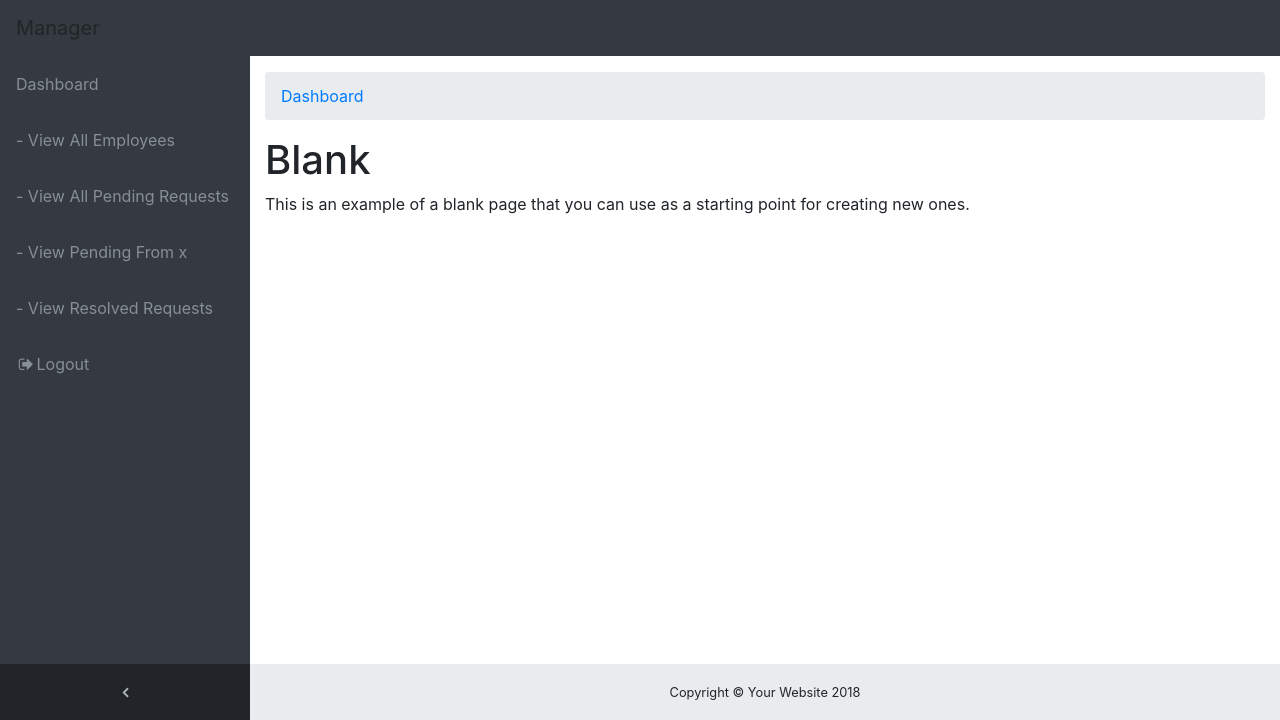
Repository: riorbak/Batch-Source
Page: Project 1/ERS/src/main/webapp/11-ManagerHome.html
An editor plug-in stored every save of this project. The page is shown before and after the next save, followed by the edit.
The browser window is 1280 px wide. The pictures show the whole page.

Above is the page before, as saved 2018-03-15 06:22:52.

### Project 1/ERS/src/main/webapp/11-ManagerHome.html
<!DOCTYPE html>
<html lang="en">

<head>
  <meta charset="utf-8">
  <meta http-equiv="X-UA-Compatible" content="IE=edge">
  <meta name="viewport" content="width=device-width, initial-scale=1, shrink-to-fit=no">
  <meta name="description" content="">
  <meta name="author" content="">
  <title>ERS - Employee Dashboard</title>
  <!-- Bootstrap core CSS-->
  <link href="vendor/bootstrap/css/bootstrap.min.css" rel="stylesheet">
  <!-- Custom fonts for this template-->
  <link href="vendor/font-awesome/css/font-awesome.min.css" rel="stylesheet" type="text/css">
  <!-- Custom styles for this template-->
  <link href="css/sb-admin.css" rel="stylesheet">


</head>

<body class="fixed-nav sticky-footer bg-dark" id="page-top">
  <!-- Navigation-->
  <nav class="navbar navbar-expand-lg navbar-dark bg-dark fixed-top" id="mainNav">
    <a class="navbar-brand">Manager</a>
    <button class="navbar-toggler navbar-toggler-right" type="button" data-toggle="collapse" data-target="#navbarResponsive" aria-controls="navbarResponsive" aria-expanded="false" aria-label="Toggle navigation">
      <span class="navbar-toggler-icon"></span>
    </button>
    <div class="collapse navbar-collapse" id="navbarResponsive">
      <ul class="navbar-nav navbar-sidenav" id="exampleAccordion">
        <!-- Home -->
        <li class="nav-item" data-toggle="tooltip" data-placement="right" title="Dashboard">
          <a class="nav-link" href="11-ManagerHome.html">
            <span class="nav-link-text">Dashboard</span>
          </a>
        </li>

        <!-- Links -->
        <li class="nav-item" data-toggle="tooltip" data-placement="right" title="Link">
          <a class="nav-link" href="12-ViewAllEmployees.html">
            <span class="nav-link-text"> - View All Employees</span>
          </a>
        </li>

        <!-- Table -->
        <li class="nav-item" data-toggle="tooltip" data-placement="right" title="Tables">
          <a class="nav-link" href="13-ViewAllPending.html">
            <span class="nav-link-text"> - View All Pending Requests</span>
          </a>
        </li>

        <!-- Table -->
        <li class="nav-item" data-toggle="tooltip" data-placement="right" title="Tables">
          <a class="nav-link" href="14-ViewPendingFromSelected.html">
            <span class="nav-link-text"> - View Pending From x</span>
          </a>
        </li>

        <!-- Links -->
        <li class="nav-item" data-toggle="tooltip" data-placement="right" title="Link">
          <a class="nav-link" href="16-ViewResolved.html">
            <span class="nav-link-text"> - View Resolved Requests</span>
          </a>
        </li>

        <!-- Logout -->
        <li class="nav-item">
          <a class="nav-link" data-toggle="modal" data-target="#logoutModal">
            <i class="fa fa-fw fa-sign-out"></i>Logout</a>
        </li>

      </ul>

      <!-- bottom of sidebar  -->
      <ul class="navbar-nav sidenav-toggler">
        <li class="nav-item">
          <a class="nav-link text-center" id="sidenavToggler">
            <i class="fa fa-fw fa-angle-left"></i>
          </a>
        </li>
      </ul>
    </div>
  </nav>

  <div class="content-wrapper">
    <div class="container-fluid">
      <!-- Breadcrumbs-->
      <ol class="breadcrumb">
        <li class="breadcrumb-item">
          <a href="11-ManagerHome.html">Dashboard</a>
        </li>
      </ol>
      <div class="row">
        <div class="col-12">
          <h1>Blank</h1>
          <p>This is an example of a blank page that you can use as a starting point for creating new ones.</p>
        </div>
      </div>
    </div>

    <!-- Footer -->
    <!-- /.container-fluid-->
    <!-- /.content-wrapper-->
    <footer class="sticky-footer">
      <div class="container">
        <div class="text-center">
          <small>Copyright © Your Website 2018</small>
        </div>
      </div>
    </footer>
    <!-- Scroll to Top Button-->
    <a class="scroll-to-top rounded" href="#page-top">
      <i class="fa fa-angle-up"></i>
    </a>
    <!-- Logout Modal-->
    <div class="modal" id="logoutModal" tabindex="-1" role="dialog" aria-hidden="true">
      <div class="modal-dialog modal-sm">
        <div class="modal-content">
          <div class="modal-header">
            <h4>Log Out </h4>
          </div>
          <div class="modal-body">
            <p> Are you sure you want to log-off? <br /></p>
            <div class="actionsBtns">
            	<!-- Logout Form -->
                <form action="LogoutServlet" method="get">
                    <input type="submit" class="btn btn-default btn-primary" value="Logout" />
                    <button class="btn btn-default" data-dismiss="modal">Cancel</button>
                </form>

            </div>
          </div>
        </div>
      </div>
    </div>
    <!-- Bootstrap core JavaScript-->
    <script src="vendor/jquery/jquery.min.js"></script>
    <script src="vendor/bootstrap/js/bootstrap.bundle.min.js"></script>
    <!-- Core plugin JavaScript-->
    <script src="vendor/jquery-easing/jquery.easing.min.js"></script>
    <!-- Custom scripts for all pages-->
    <script src="js/sb-admin.min.js"></script>
  </div>
</body>

</html>

### Project 1/ERS/src/main/webapp/css/sb-admin.css
html {
  position: relative;
  min-height: 100%;
}

body {
  overflow-x: hidden;
}

body.sticky-footer {
  margin-bottom: 56px;
}

body.sticky-footer .content-wrapper {
  min-height: calc(100vh - 56px - 56px);
}

body.fixed-nav {
  padding-top: 56px;
}

.content-wrapper {
  min-height: calc(100vh - 56px);
  padding-top: 1rem;
}

.scroll-to-top {
  position: fixed;
  right: 15px;
  bottom: 3px;
  display: none;
  width: 50px;
  height: 50px;
  text-align: center;
  color: white;
  background: rgba(52, 58, 64, 0.5);
  line-height: 45px;
}

.scroll-to-top:focus, .scroll-to-top:hover {
  color: white;
}

.scroll-to-top:hover {
  background: #343a40;
}

.scroll-to-top i {
  font-weight: 800;
}

.smaller {
  font-size: 0.7rem;
}

.o-hidden {
  overflow: hidden !important;
}

.z-0 {
  z-index: 0;
}

.z-1 {
  z-index: 1;
}

#mainNav .navbar-collapse {
  overflow: auto;
  max-height: 75vh;
}

#mainNav .navbar-collapse .navbar-nav .nav-item .nav-link {
  cursor: pointer;
}

#mainNav .navbar-collapse .navbar-sidenav .nav-link-collapse:after {
  float: right;
  content: '\f107';
  font-family: 'FontAwesome';
}

#mainNav .navbar-collapse .navbar-sidenav .nav-link-collapse.collapsed:after {
  content: '\f105';
}

#mainNav .navbar-collapse .navbar-sidenav .sidenav-second-level,
#mainNav .navbar-collapse .navbar-sidenav .sidenav-third-level {
  padding-left: 0;
}

#mainNav .navbar-collapse .navbar-sidenav .sidenav-second-level > li > a,
#mainNav .navbar-collapse .navbar-sidenav .sidenav-third-level > li > a {
  display: block;
  padding: 0.5em 0;
}

#mainNav .navbar-collapse .navbar-sidenav .sidenav-second-level > li > a:focus, #mainNav .navbar-collapse .navbar-sidenav .sidenav-second-level > li > a:hover,
#mainNav .navbar-collapse .navbar-sidenav .sidenav-third-level > li > a:focus,
#mainNav .navbar-collapse .navbar-sidenav .sidenav-third-level > li > a:hover {
  text-decoration: none;
}

#mainNav .navbar-collapse .navbar-sidenav .sidenav-second-level > li > a {
  padding-left: 1em;
}

#mainNav .navbar-collapse .navbar-sidenav .sidenav-third-level > li > a {
  padding-left: 2em;
}

#mainNav .navbar-collapse .sidenav-toggler {
  display: none;
}

#mainNav .navbar-collapse .navbar-nav > .nav-item.dropdown > .nav-link {
  position: relative;
  min-width: 45px;
}

#mainNav .navbar-collapse .navbar-nav > .nav-item.dropdown > .nav-link:after {
  float: right;
  width: auto;
  content: '\f105';
  border: none;
  font-family: 'FontAwesome';
}

#mainNav .navbar-collapse .navbar-nav > .nav-item.dropdown > .nav-link .indicator {
  position: absolute;
  top: 5px;
  left: 21px;
  font-size: 10px;
}

#mainNav .navbar-collapse .navbar-nav > .nav-item.dropdown.show > .nav-link:after {
  content: '\f107';
}

#mainNav .navbar-collapse .navbar-nav > .nav-item.dropdown .dropdown-menu > .dropdown-item > .dropdown-message {
  overflow: hidden;
  max-width: none;
  text-overflow: ellipsis;
}

@media (min-width: 992px) {
  #mainNav .navbar-brand {
    width: 250px;
  }
  #mainNav .navbar-collapse {
    overflow: visible;
    max-height: none;
  }
  #mainNav .navbar-collapse .navbar-sidenav {
    position: absolute;
    top: 0;
    left: 0;
    -webkit-flex-direction: column;
    -ms-flex-direction: column;
    flex-direction: column;
    margin-top: 56px;
  }
  #mainNav .navbar-collapse .navbar-sidenav > .nav-item {
    width: 250px;
    padding: 0;
  }
  #mainNav .navbar-collapse .navbar-sidenav > .nav-item > .nav-link {
    padding: 1em;
  }
  #mainNav .navbar-collapse .navbar-sidenav > .nav-item .sidenav-second-level,
  #mainNav .navbar-collapse .navbar-sidenav > .nav-item .sidenav-third-level {
    padding-left: 0;
    list-style: none;
  }
  #mainNav .navbar-collapse .navbar-sidenav > .nav-item .sidenav-second-level > li,
  #mainNav .navbar-collapse .navbar-sidenav > .nav-item .sidenav-third-level > li {
    width: 250px;
  }
  #mainNav .navbar-collapse .navbar-sidenav > .nav-item .sidenav-second-level > li > a,
  #mainNav .navbar-collapse .navbar-sidenav > .nav-item .sidenav-third-level > li > a {
    padding: 1em;
  }
  #mainNav .navbar-collapse .navbar-sidenav > .nav-item .sidenav-second-level > li > a {
    padding-left: 2.75em;
  }
  #mainNav .navbar-collapse .navbar-sidenav > .nav-item .sidenav-third-level > li > a {
    padding-left: 3.75em;
  }
  #mainNav .navbar-collapse .navbar-nav > .nav-item.dropdown > .nav-link {
    min-width: 0;
  }
  #mainNav .navbar-collapse .navbar-nav > .nav-item.dropdown > .nav-link:after {
    width: 24px;
    text-align: center;
  }
  #mainNav .navbar-collapse .navbar-nav > .nav-item.dropdown .dropdown-menu > .dropdown-item > .dropdown-message {
    max-width: 300px;
  }
}

#mainNav.fixed-top .sidenav-toggler {
  display: none;
}

@media (min-width: 992px) {
  #mainNav.fixed-top .navbar-sidenav {
    height: calc(100vh - 112px);
  }
  #mainNav.fixed-top .sidenav-toggler {
    position: absolute;
    top: 0;
    left: 0;
    display: flex;
    -webkit-flex-direction: column;
    -ms-flex-direction: column;
    flex-direction: column;
    margin-top: calc(100vh - 56px);
  }
  #mainNav.fixed-top .sidenav-toggler > .nav-item {
    width: 250px;
    padding: 0;
  }
  #mainNav.fixed-top .sidenav-toggler > .nav-item > .nav-link {
    padding: 1em;
  }
}

#mainNav.fixed-top.navbar-dark .sidenav-toggler {
  background-color: #212529;
}

#mainNav.fixed-top.navbar-dark .sidenav-toggler a i {
  color: #adb5bd;
}

#mainNav.fixed-top.navbar-light .sidenav-toggler {
  background-color: #dee2e6;
}

#mainNav.fixed-top.navbar-light .sidenav-toggler a i {
  color: rgba(0, 0, 0, 0.5);
}

body.sidenav-toggled #mainNav.fixed-top .sidenav-toggler {
  overflow-x: hidden;
  width: 55px;
}

body.sidenav-toggled #mainNav.fixed-top .sidenav-toggler .nav-item,
body.sidenav-toggled #mainNav.fixed-top .sidenav-toggler .nav-link {
  width: 55px !important;
}

body.sidenav-toggled #mainNav.fixed-top #sidenavToggler i {
  -webkit-transform: scaleX(-1);
  -moz-transform: scaleX(-1);
  -o-transform: scaleX(-1);
  transform: scaleX(-1);
  filter: FlipH;
  -ms-filter: 'FlipH';
}

#mainNav.static-top .sidenav-toggler {
  display: none;
}

@media (min-width: 992px) {
  #mainNav.static-top .sidenav-toggler {
    display: flex;
  }
}

body.sidenav-toggled #mainNav.static-top #sidenavToggler i {
  -webkit-transform: scaleX(-1);
  -moz-transform: scaleX(-1);
  -o-transform: scaleX(-1);
  transform: scaleX(-1);
  filter: FlipH;
  -ms-filter: 'FlipH';
}

.content-wrapper {
  overflow-x: hidden;
  background: white;
}

@media (min-width: 992px) {
  .content-wrapper {
    margin-left: 250px;
  }
}

#sidenavToggler i {
  font-weight: 800;
}

.navbar-sidenav-tooltip.show {
  display: none;
}

@media (min-width: 992px) {
  body.sidenav-toggled .content-wrapper {
    margin-left: 55px;
  }
}

body.sidenav-toggled .navbar-sidenav {
  width: 55px;
}

body.sidenav-toggled .navbar-sidenav .nav-link-text {
  display: none;
}

body.sidenav-toggled .navbar-sidenav .nav-item,
body.sidenav-toggled .navbar-sidenav .nav-link {
  width: 55px !important;
}

body.sidenav-toggled .navbar-sidenav .nav-item:after,
body.sidenav-toggled .navbar-sidenav .nav-link:after {
  display: none;
}

body.sidenav-toggled .navbar-sidenav .nav-item {
  white-space: nowrap;
}

body.sidenav-toggled .navbar-sidenav-tooltip.show {
  display: flex;
}

#mainNav.navbar-dark .navbar-collapse .navbar-sidenav .nav-link-collapse:after {
  color: #868e96;
}

#mainNav.navbar-dark .navbar-collapse .navbar-sidenav > .nav-item > .nav-link {
  color: #868e96;
}

#mainNav.navbar-dark .navbar-collapse .navbar-sidenav > .nav-item > .nav-link:hover {
  color: #adb5bd;
}

#mainNav.navbar-dark .navbar-collapse .navbar-sidenav > .nav-item .sidenav-second-level > li > a,
#mainNav.navbar-dark .navbar-collapse .navbar-sidenav > .nav-item .sidenav-third-level > li > a {
  color: #868e96;
}

#mainNav.navbar-dark .navbar-collapse .navbar-sidenav > .nav-item .sidenav-second-level > li > a:focus, #mainNav.navbar-dark .navbar-collapse .navbar-sidenav > .nav-item .sidenav-second-level > li > a:hover,
#mainNav.navbar-dark .navbar-collapse .navbar-sidenav > .nav-item .sidenav-third-level > li > a:focus,
#mainNav.navbar-dark .navbar-collapse .navbar-sidenav > .nav-item .sidenav-third-level > li > a:hover {
  color: #adb5bd;
}

#mainNav.navbar-dark .navbar-collapse .navbar-nav > .nav-item.dropdown > .nav-link:after {
  color: #adb5bd;
}

@media (min-width: 992px) {
  #mainNav.navbar-dark .navbar-collapse .navbar-sidenav {
    background: #343a40;
  }
  #mainNav.navbar-dark .navbar-collapse .navbar-sidenav li.active a {
    color: white !important;
    background-color: #495057;
  }
  #mainNav.navbar-dark .navbar-collapse .navbar-sidenav li.active a:focus, #mainNav.navbar-dark .navbar-collapse .navbar-sidenav li.active a:hover {
    color: white;
  }
  #mainNav.navbar-dark .navbar-collapse .navbar-sidenav > .nav-item .sidenav-second-level,
  #mainNav.navbar-dark .navbar-collapse .navbar-sidenav > .nav-item .sidenav-third-level {
    background: #343a40;
  }
}

#mainNav.navbar-light .navbar-collapse .navbar-sidenav .nav-link-collapse:after {
  color: rgba(0, 0, 0, 0.5);
}

#mainNav.navbar-light .navbar-collapse .navbar-sidenav > .nav-item > .nav-link {
  color: rgba(0, 0, 0, 0.5);
}

#mainNav.navbar-light .navbar-collapse .navbar-sidenav > .nav-item > .nav-link:hover {
  color: rgba(0, 0, 0, 0.7);
}

#mainNav.navbar-light .navbar-collapse .navbar-sidenav > .nav-item .sidenav-second-level > li > a,
#mainNav.navbar-light .navbar-collapse .navbar-sidenav > .nav-item .sidenav-third-level > li > a {
  color: rgba(0, 0, 0, 0.5);
}

#mainNav.navbar-light .navbar-collapse .navbar-sidenav > .nav-item .sidenav-second-level > li > a:focus, #mainNav.navbar-light .navbar-collapse .navbar-sidenav > .nav-item .sidenav-second-level > li > a:hover,
#mainNav.navbar-light .navbar-collapse .navbar-sidenav > .nav-item .sidenav-third-level > li > a:focus,
#mainNav.navbar-light .navbar-collapse .navbar-sidenav > .nav-item .sidenav-third-level > li > a:hover {
  color: rgba(0, 0, 0, 0.7);
}

#mainNav.navbar-light .navbar-collapse .navbar-nav > .nav-item.dropdown > .nav-link:after {
  color: rgba(0, 0, 0, 0.5);
}

@media (min-width: 992px) {
  #mainNav.navbar-light .navbar-collapse .navbar-sidenav {
    background: #f8f9fa;
  }
  #mainNav.navbar-light .navbar-collapse .navbar-sidenav li.active a {
    color: #000 !important;
    background-color: #e9ecef;
  }
  #mainNav.navbar-light .navbar-collapse .navbar-sidenav li.active a:focus, #mainNav.navbar-light .navbar-collapse .navbar-sidenav li.active a:hover {
    color: #000;
  }
  #mainNav.navbar-light .navbar-collapse .navbar-sidenav > .nav-item .sidenav-second-level,
  #mainNav.navbar-light .navbar-collapse .navbar-sidenav > .nav-item .sidenav-third-level {
    background: #f8f9fa;
  }
}

.card-body-icon {
  position: absolute;
  z-index: 0;
  top: -25px;
  right: -25px;
  font-size: 5rem;
  -webkit-transform: rotate(15deg);
  -ms-transform: rotate(15deg);
  transform: rotate(15deg);
}

@media (min-width: 576px) {
  .card-columns {
    column-count: 1;
  }
}

@media (min-width: 768px) {
  .card-columns {
    column-count: 2;
  }
}

@media (min-width: 1200px) {
  .card-columns {
    column-count: 2;
  }
}

.card-login {
  max-width: 25rem;
}

.card-register {
  max-width: 40rem;
}

footer.sticky-footer {
  position: absolute;
  right: 0;
  bottom: 0;
  width: 100%;
  height: 56px;
  background-color: #e9ecef;
  line-height: 55px;
}

@media (min-width: 992px) {
  footer.sticky-footer {
    width: calc(100% - 250px);
  }
}

@media (min-width: 992px) {
  body.sidenav-toggled footer.sticky-footer {
    width: calc(100% - 55px);
  }
}

Loaded but not shown: Project 1/ERS/src/main/webapp/vendor/bootstrap/css/bootstrap.min.css (library); Project 1/ERS/src/main/webapp/vendor/font-awesome/css/font-awesome.min.css (library); Project 1/ERS/src/main/webapp/vendor/jquery/jquery.min.js (library); Project 1/ERS/src/main/webapp/vendor/bootstrap/js/bootstrap.bundle.min.js (library); Project 1/ERS/src/main/webapp/vendor/jquery-easing/jquery.easing.min.js (common file); Project 1/ERS/src/main/webapp/js/sb-admin.min.js (common file)

After the next save:
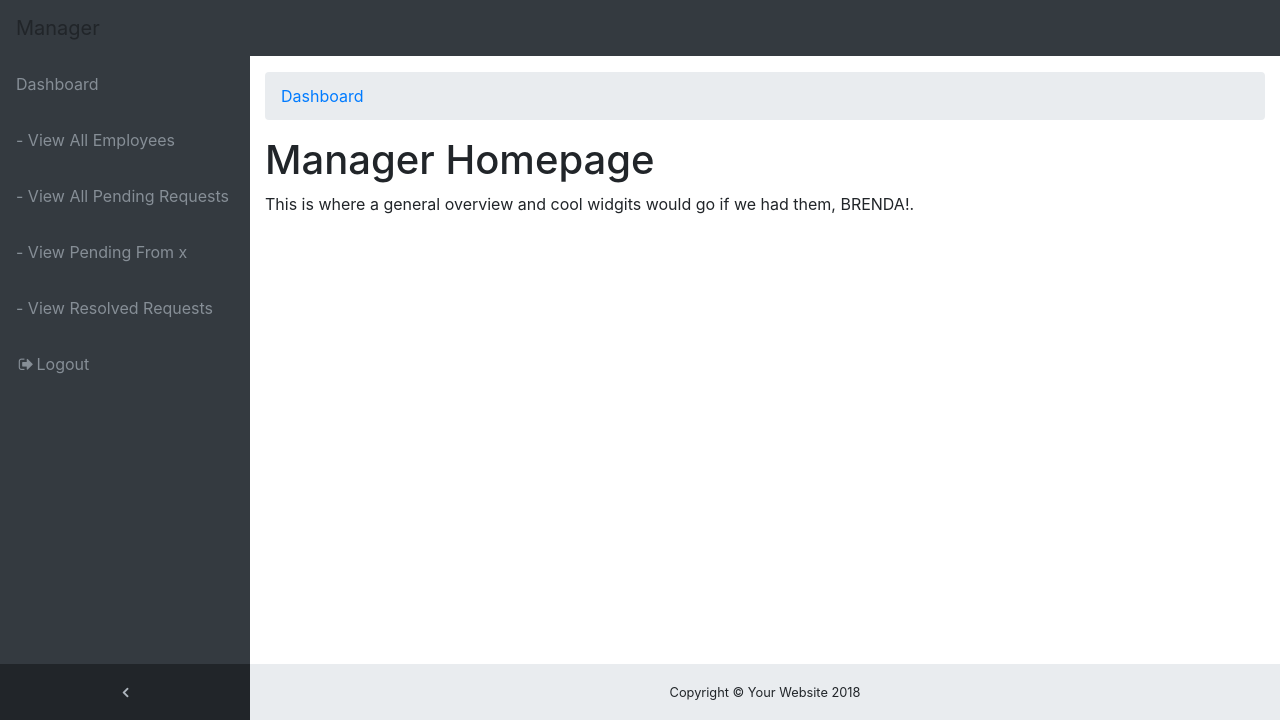
Saved 108 s later.
--- a/Project 1/ERS/src/main/webapp/11-ManagerHome.html
+++ b/Project 1/ERS/src/main/webapp/11-ManagerHome.html
@@ -91,8 +91,8 @@
       </ol>
       <div class="row">
         <div class="col-12">
-          <h1>Blank</h1>
-          <p>This is an example of a blank page that you can use as a starting point for creating new ones.</p>
+          <h1>Manager Homepage</h1>
+          <p>This is where a general overview and cool widgits would go if we had them, BRENDA!.</p>
         </div>
       </div>
     </div>
